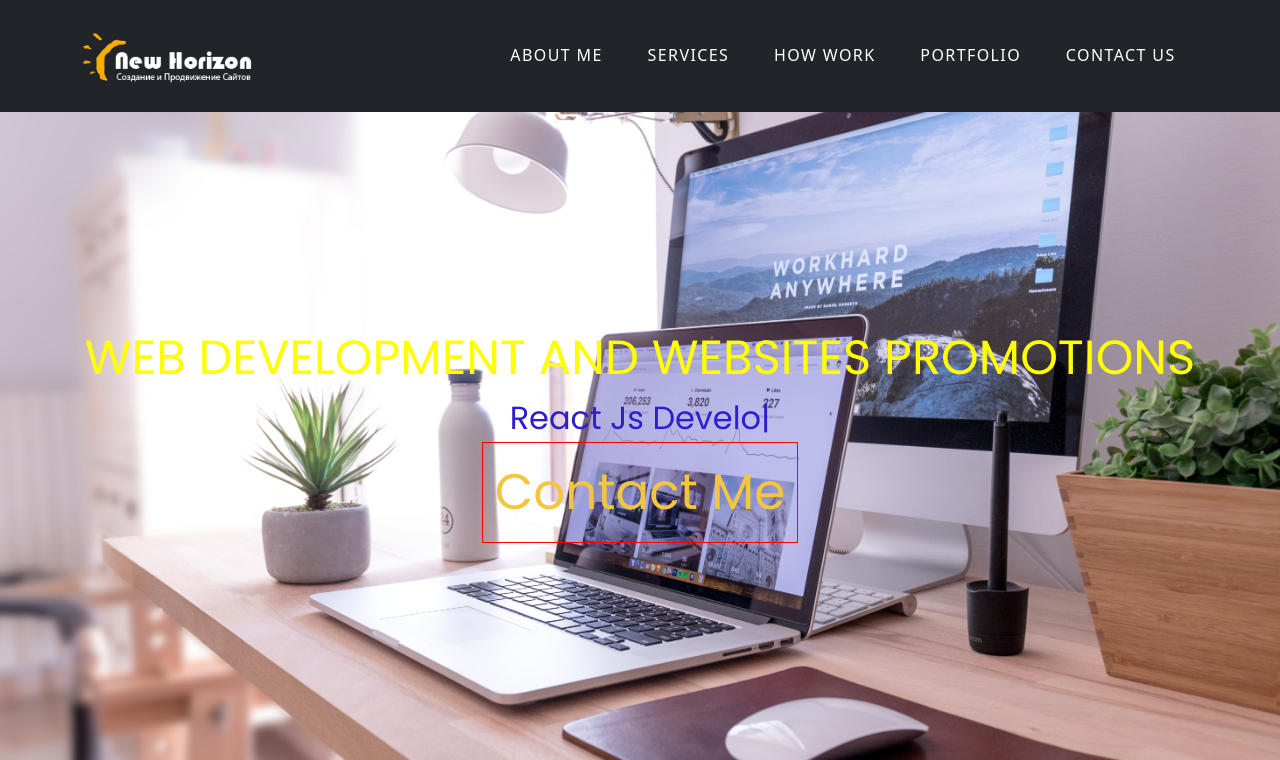
Repository: ahmedibrahimhassan654/React-Bootstrap-5
Page: /
The author's editor kept a copy of each file at every save. The page is drawn from the files as they stood at one save, then again after the next save.
The browser window is 1280 px wide. The pictures show the whole page.
The project was rebuilt for these pictures with package versions that can differ from the ones it lists, and the page was loaded fresh each time.

Above is the page before, as saved 2021-11-25 07:38:40.

### public/index.html
<!DOCTYPE html>
<html lang="en">
  <head>
    <meta charset="utf-8" />
    <link rel="icon" href="%PUBLIC_URL%/favicon.ico" />
    <meta name="viewport" content="width=device-width, initial-scale=1" />
    <meta name="theme-color" content="#000000" />
    <meta
      name="description"
      content="Web site created using create-react-app"
    />
    <link rel="apple-touch-icon" href="%PUBLIC_URL%/logo192.png" />
    <!--
      manifest.json provides metadata used when your web app is installed on a
      user's mobile device or desktop. See https://developers.google.com/web/fundamentals/web-app-manifest/
    -->
    <link rel="manifest" href="%PUBLIC_URL%/manifest.json" />
    <!--
      Notice the use of %PUBLIC_URL% in the tags above.
      It will be replaced with the URL of the `public` folder during the build.
      Only files inside the `public` folder can be referenced from the HTML.

      Unlike "/favicon.ico" or "favicon.ico", "%PUBLIC_URL%/favicon.ico" will
      work correctly both with client-side routing and a non-root public URL.
      Learn how to configure a non-root public URL by running `npm run build`.
    -->
    <title>React App</title>
  </head>
  <body>
    <noscript>You need to enable JavaScript to run this app.</noscript>
    <div id="root"></div>


 <script src="https://cdn.jsdelivr.net/npm/bootstrap@5.0.2/dist/js/bootstrap.bundle.min.js" integrity="sha384-MrcW6ZMFYlzcLA8Nl+NtUVF0sA7MsXsP1UyJoMp4YLEuNSfAP+JcXn/tWtIaxVXM" crossorigin="anonymous"></script>

  </body>
</html>

### src/App.js
import "./App.css";
import "bootstrap/dist/css/bootstrap.min.css";
import Navbar from "./components/Navbar";
import Header from "./components/Header";
function App() {
  return (
    <>
      <Navbar />
      <Header />
    </>
  );
}

export default App;

### src/App.css
/* Font Imported */
@import url("https://fonts.googleapis.com/css2?family=Poppins:wght@300;400&family=Work+Sans:wght@300&display=swap");

:root {
  --primary-white: #fff;
  --primary-orage: #f4c53f;
  --primary-dark: #212529;
  --primary-green: #44ee17;
}

body {
  font-family: "Poppins", sans-serif;
}
/* Nav Bar */
.logo {
  width: 16.25rem;
}
/* Menu Link */

nav a.nav-link {
  /* font-weight: 900; */
  letter-spacing: 0.0875rem;
  cursor: pointer;
}
nav ul li {
  text-transform: uppercase;
}
.navbar-nav li a {
  color: var(--primary-white) !important;
  margin-right: 0.9rem;
  margin-left: 0.9rem;
  border-bottom: 0.1875rem solid var(--primary-dark);
}
.navbar-brand {
  max-width: 17.25rem;
  padding: 0 !important;
  height: 6rem;
}
.navbar-nav li a.active,
.navbar-nav li a.active:focus {
  border-bottom: 0.1875rem solid var(--primary-orage);
}
.navbar-nav li a:hover {
  border-top: 0.1875rem solid var(--primary-green);
}
/* Header */
.header-wraper {
  position: relative;
  background-image: url("/src/img/cover.jpg");
  background-size: cover;
  background-position: center;
  height: 90vh;
}
.maininfo {
  display: flex;
  position: absolute;
  flex-direction: column;
  justify-content: center;
  align-items: center;
  text-align: center;
  top: 0;
  right: 0;
  bottom: 0;
  left: 0;
  font-family: "Poppins", sans-serif;
}
.maininfo h1 {
  color: yellow;
  text-transform: uppercase;

  font-size: 3rem;
}

.text-typed {
  color: #2f1dce;
  font-size: 2rem;
}
.btn-main-offer {
  border: 1px solid red;
  text-decoration: none;
  border-radius: 0;
  padding: 12px 12px 12px 12px;
  color: var(--primary-orage);
  font-size: 50px;
}

### src/components/Navbar.jsx
import React from "react";
import logo from "../logo.png";

import { FontAwesomeIcon } from "@fortawesome/react-fontawesome";
import { faBars } from "@fortawesome/free-solid-svg-icons";

const Navbar = () => {
  return (
    <>
      <nav className="navbar navbar-expand-lg navbar-light bg-dark">
        <div className="container">
          <a className="navbar-brand" href="#">
            <img className="logo" src={logo} alt=" logo ...." />
          </a>
          <button
            className="navbar-toggler"
            type="button"
            data-bs-toggle="collapse"
            data-bs-target="#navbarSupportedContent"
            aria-controls="navbarSupportedContent"
            aria-expanded="false"
            aria-label="Toggle navigation"
          >
            <FontAwesomeIcon icon={faBars} style={{ color: "orange" }} />
          </button>
          <div className="collapse navbar-collapse" id="navbarSupportedContent">
            <ul className="navbar-nav ms-auto mb-2 mb-lg-0">
              <li className="nav-item">
                <a className="nav-link " aria-current="page" href="#">
                  about me
                </a>
              </li>
              <li className="nav-item">
                <a className="nav-link" href="#">
                  services
                </a>
              </li>
              <li className="nav-item">
                <a className="nav-link" href="#">
                  How work
                </a>
              </li>
              <li className="nav-item">
                <a className="nav-link" href="#">
                  Portfolio
                </a>
              </li>
              <li className="nav-item">
                <a className="nav-link" href="#">
                  Contact Us
                </a>
              </li>
            </ul>
          </div>
        </div>
      </nav>
    </>
  );
};

export default Navbar;

### src/components/Header.jsx
import React from "react";
import Typed from "react-typed";
const Header = () => {
  return (
    <div className="header-wraper">
      <div className="maininfo">
        <h1> web development and websites promotions</h1>
        <Typed
          className="text-typed"
          strings={[
            "Node Js Developer",
            "React Js Developer",
            "MERN Stack Web Developer",
          ]}
          typeSpeed={80}
          backSpeed={60}
          loop
        />
        <a href="#" className="btn-main-offer">
          Contact Me
        </a>
      </div>
    </div>
  );
};

export default Header;

Loaded but not shown: src/index.js (common file); src/reportWebVitals.js (common file)

After the next save:
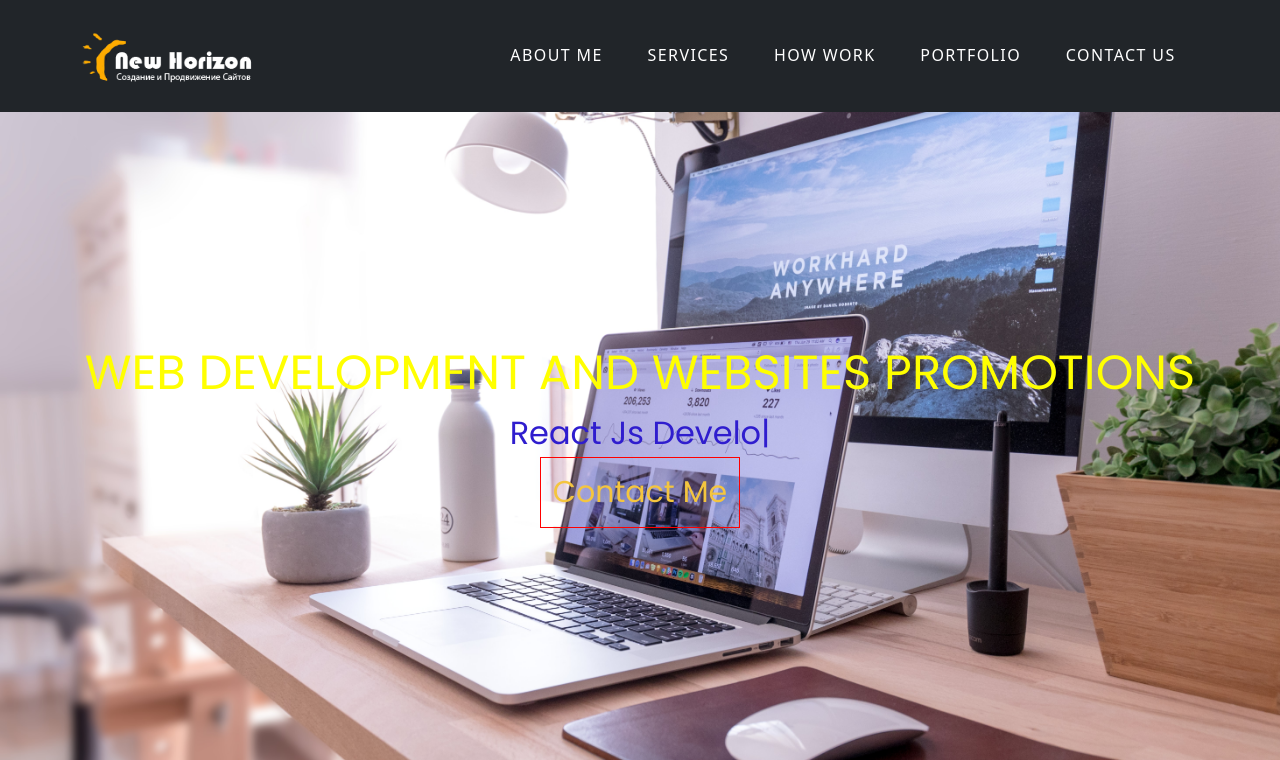
Saved 5 s later.
--- a/src/App.css
+++ b/src/App.css
@@ -81,5 +81,5 @@ nav ul li {
   border-radius: 0;
   padding: 12px 12px 12px 12px;
   color: var(--primary-orage);
-  font-size: 50px;
+  font-size: 30px;
 }
